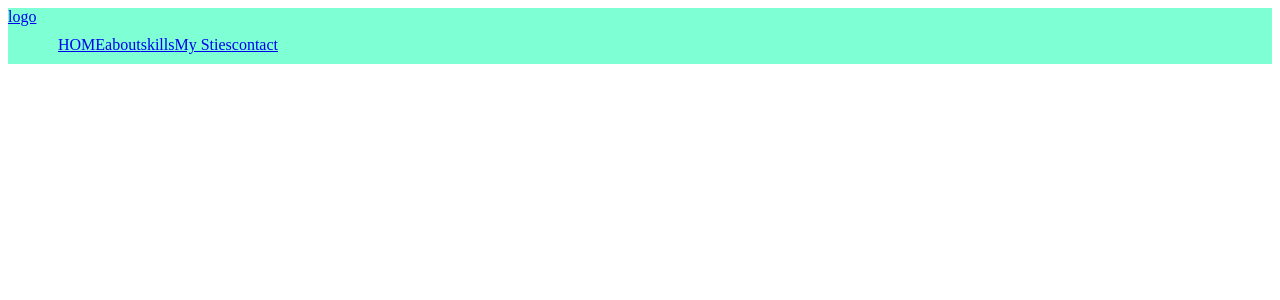
Repository: jun01270/jun
Page: index.html
These files come from the project's save history. The page is drawn as it stood at one moment and after the next save; the edit follows.
The browser window is 1280 px wide. The pictures show the whole page.

Above is the page before, as saved 2023-05-08 15:44:20.

After the next save:
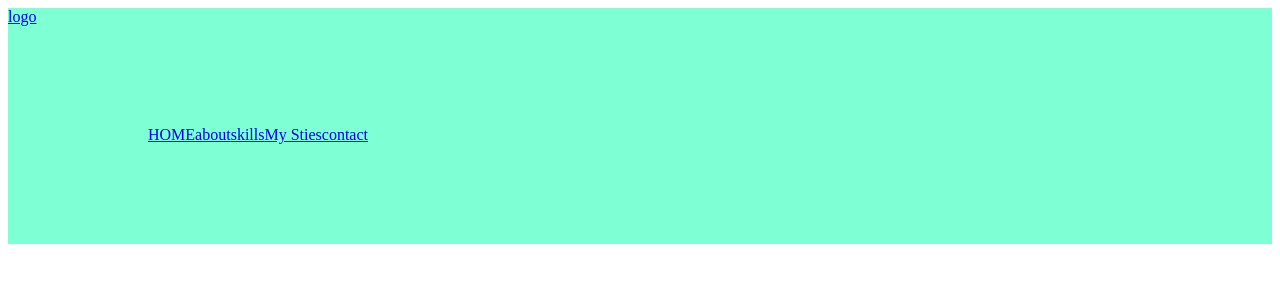
Saved 10 s later.
--- a/main.css
+++ b/main.css
@@ -11,6 +11,6 @@ html{
 
 .menu-bar{
     display: flex;
-    margin: 10px 10px;
+    margin: 100px 100px;
     list-style: none;
 }
